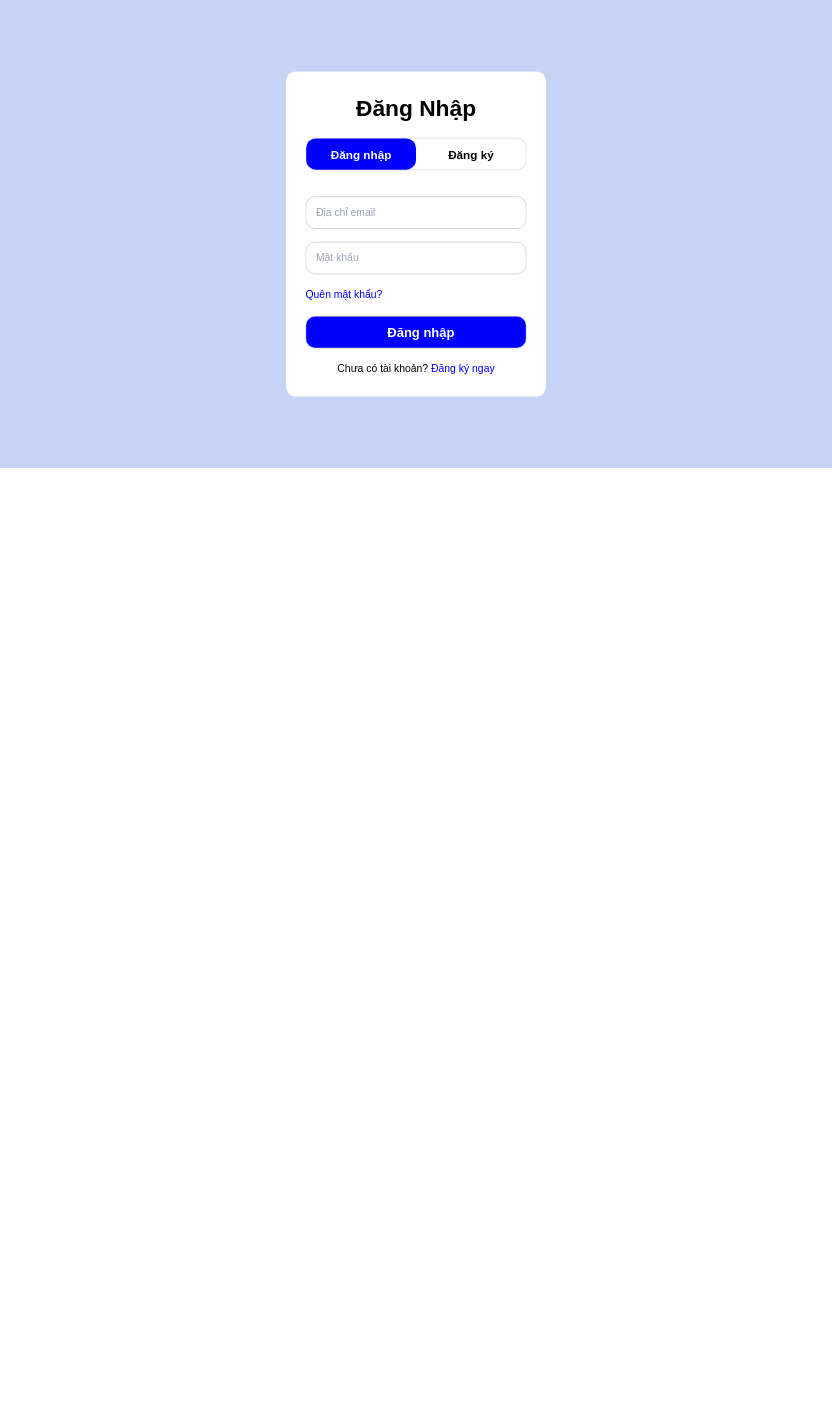
Repository: NguyenMinhThien-sudo/DemoFormPractice
Page: /
The author's editor kept a copy of each file at every save. The page is drawn from the files as they stood at one save, then again after the next save.
The browser window is 1280 px wide. The pictures show the whole page, at 65% of full size.
The project was rebuilt for these pictures with package versions that can differ from the ones it lists, and the page was loaded fresh each time. Also part of the build but not shown: vite.config.js.

Above is the page before, as saved 2023-05-18 19:06:58.

After the next save:
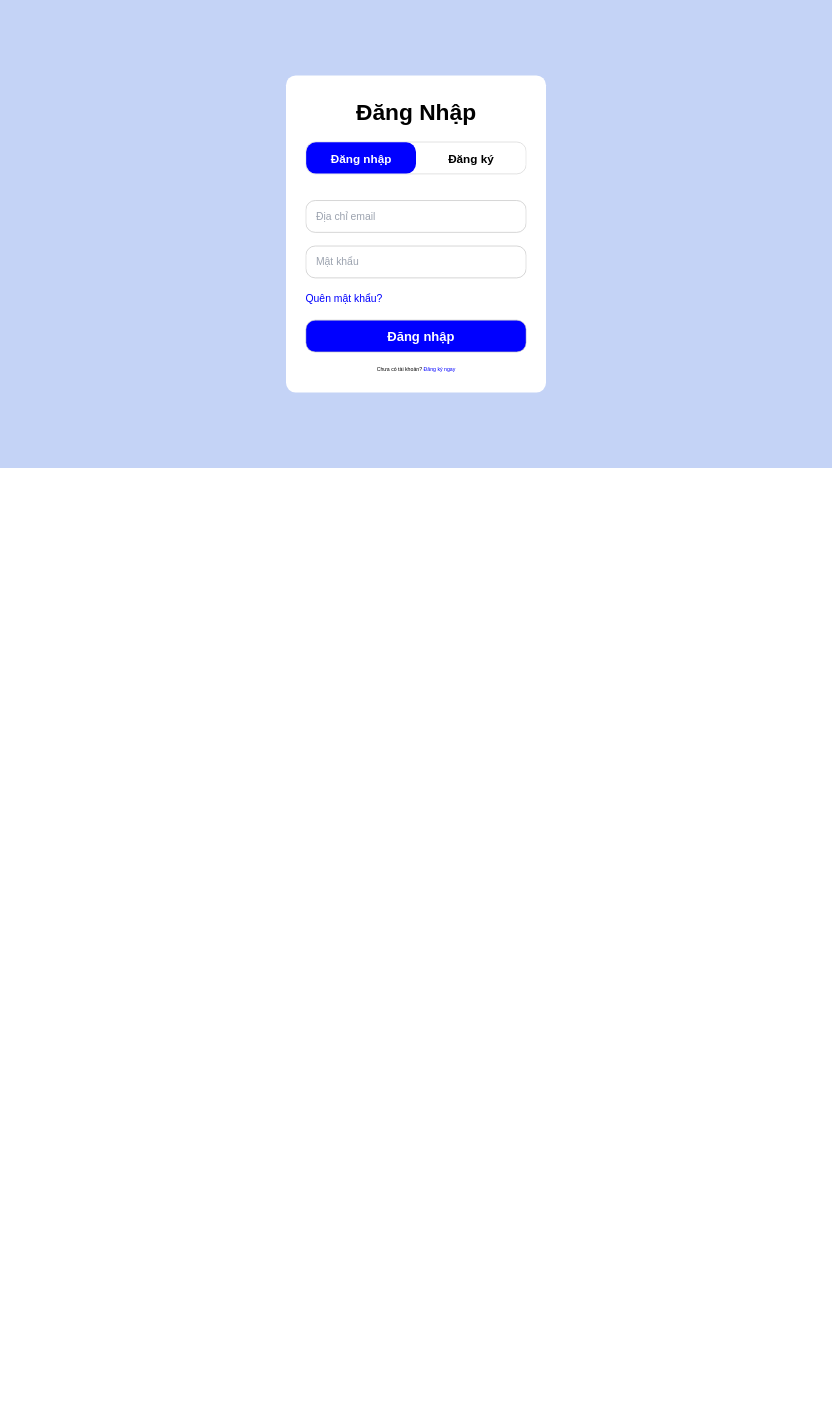
Saved 35 s later.
--- a/src/components/form_practice/form.jsx
+++ b/src/components/form_practice/form.jsx
@@ -98,6 +98,10 @@ const AuthForm = styled.div`
   a {
     outline: none;
     color: blue;
+  }
+  p {
+    font-size: 8px;
+    line-height: 12, 5px;
   }
   .regis {
     text-align: center;
